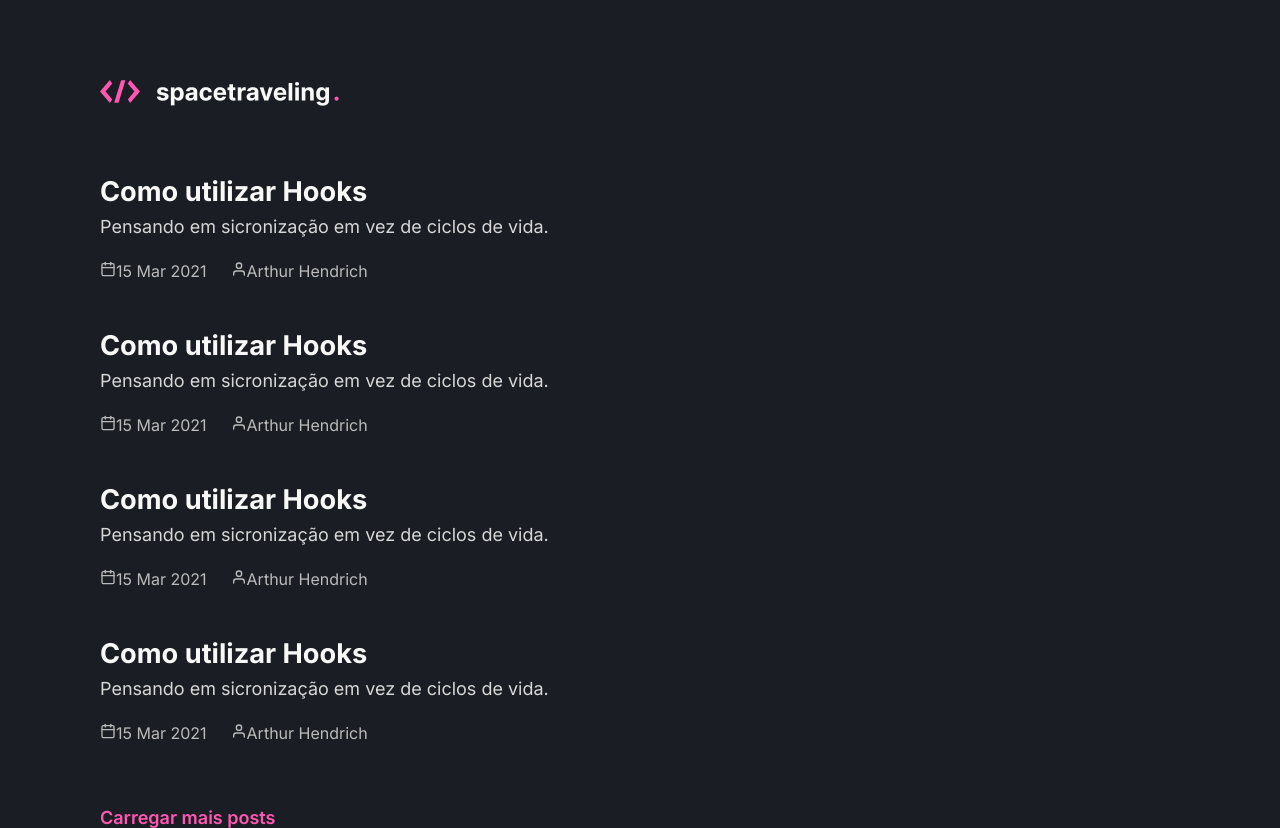
Repository: ArthurHendrich/Ignite-NextJS
Page: /
These files come from the project's save history. The page is drawn as it stood at one moment and after the next save; the edit follows.
The browser window is 1280 px wide. The pictures show the whole page.
The project was rebuilt for these pictures with package versions that can differ from the ones it lists, and the page was loaded fresh each time. The framework's server and built-in components were replaced by stand-ins that run in the browser.

Above is the page before, as saved 2022-07-09 15:55:06.

After the next save:
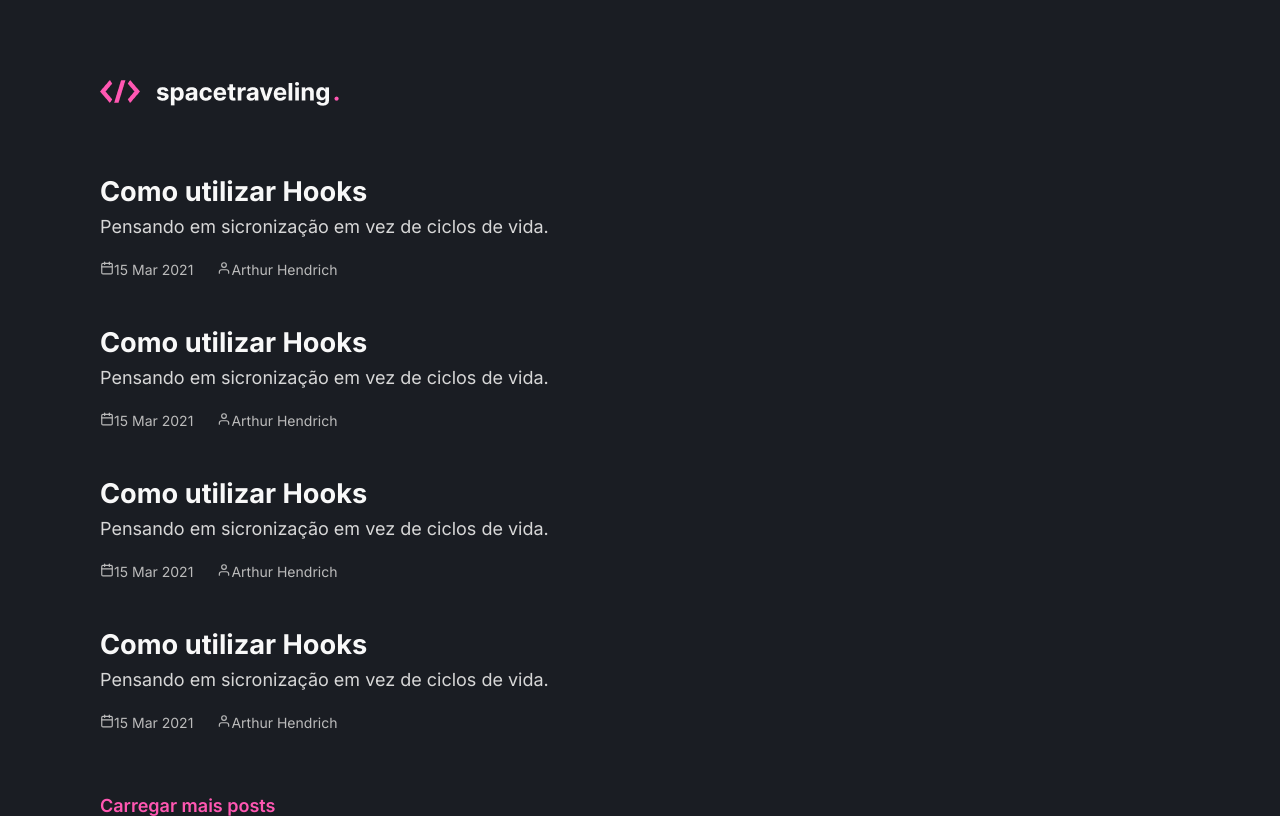
Saved 34 s later.
--- a/src/pages/home.module.scss
+++ b/src/pages/home.module.scss
@@ -15,6 +15,7 @@
 
   .ContentInfo {
     display: flex;
+    font-size: 0.8765rem;
     align-items: center;
     color: var(--Info);
     margin-top: 1.5rem;
